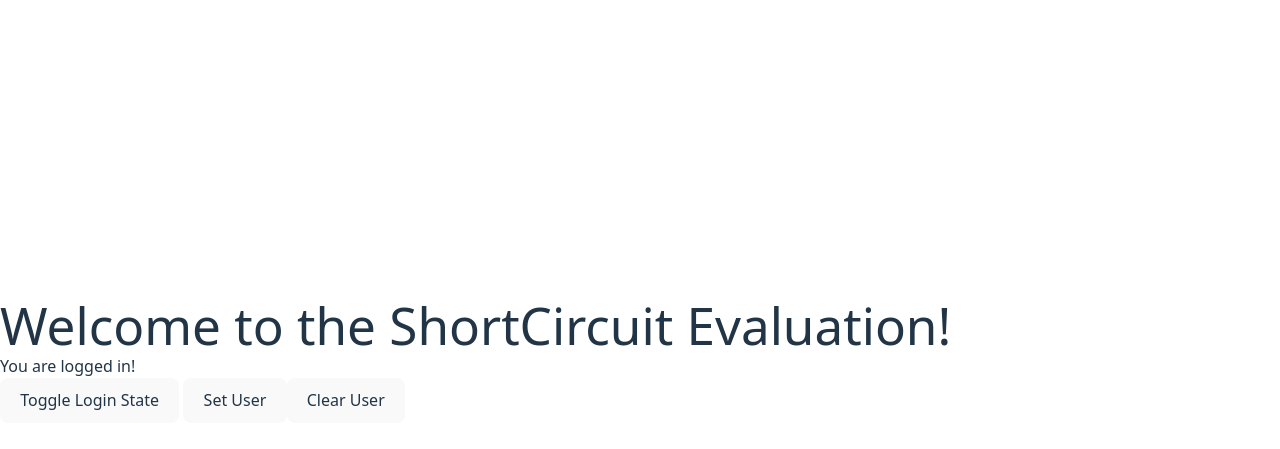
Repository: rushikesh-kolpe21/React_lectures
Page: / (app in React_bun/)
These files come from the project's save history. The page is drawn as it stood at one moment and after the next save; the edit follows.
The browser window is 1280 px wide. The pictures show the whole page.
The project was rebuilt for these pictures with package versions that can differ from the ones it lists, and the page was loaded fresh each time. Also part of the build but not shown: React_bun/vite.config.js, React_bun/src/components/DericedState.jsx, React_bun/src/components/EventProps.jsx, React_bun/src/components/SeriesCards.jsx, React_bun/src/components/Netflix.jsx, React_bun/src/components/Profile.jsx, React_bun/src/components/ToogleSwitch.jsx, React_bun/src/projects/Todo/TodoForm.jsx and 3 more.

Above is the page before, as saved 2025-12-07 08:26:29.

After the next save:
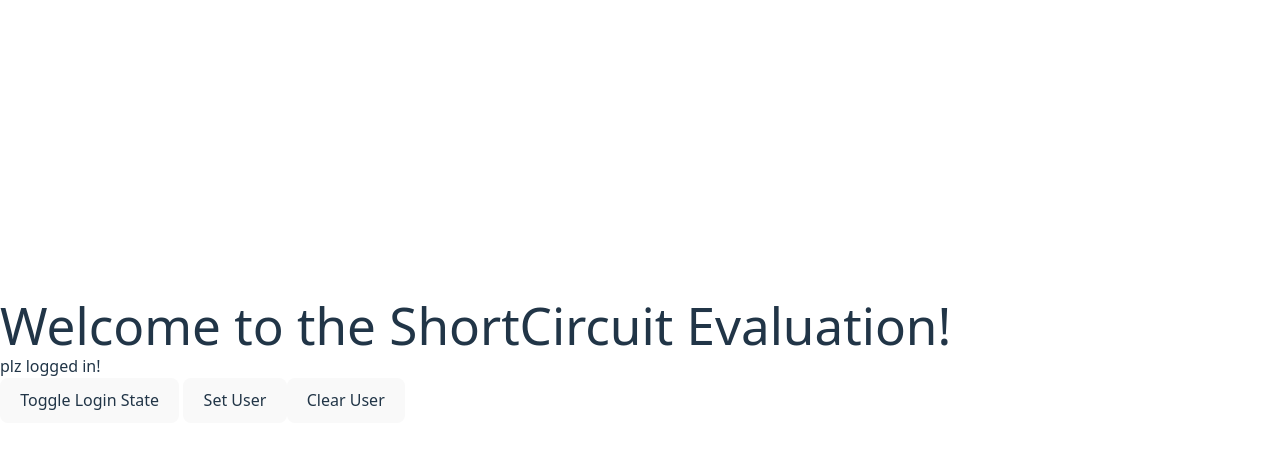
Saved 2 min 29 s later.
--- a/React_bun/src/components/ShortCircuit.jsx
+++ b/React_bun/src/components/ShortCircuit.jsx
@@ -15,7 +15,7 @@
 
       {/* Another example of short circuit evaluation */}
       {/* {user || <p>user not found</p>} */}
-      {user ? `${user} is login user `: "You are logged in!" }
+      {user ? `${user} is login user `: "plz logged in!" }
 
       <div className="grid-three-cols">
         <button onClick={()=>setLoggedIn(!isLoggedIn)}>Toggle Login State</button> { /* this above only making true or false statement */}
